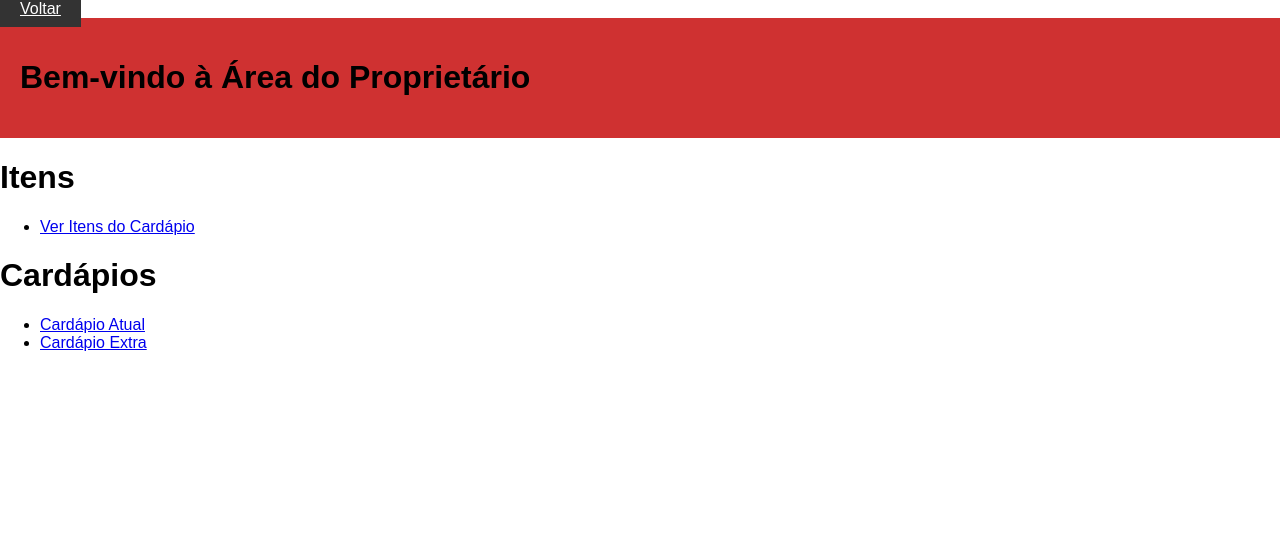
Repository: eupordias/frontarnia
Page: AULA 06/RESTAURANTE/proprietario.html
These files come from the project's save history. The page is drawn as it stood at one moment and after the next save; the edit follows.
The browser window is 1280 px wide. The pictures show the whole page.

Above is the page before, as saved 2023-08-09 23:13:08.

After the next save:
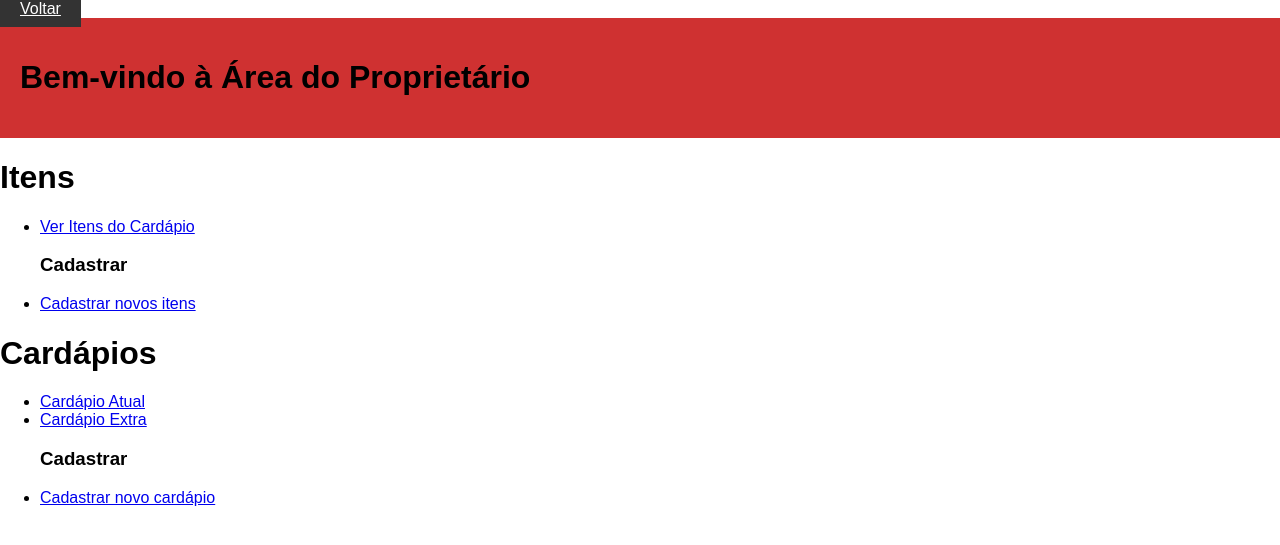
Saved 3 min 6 s later.
--- a/AULA 06/RESTAURANTE/proprietario.html
+++ b/AULA 06/RESTAURANTE/proprietario.html
@@ -15,12 +15,16 @@
     <h1>Itens</h1>
     <ul>
       <li><a href="itens.html">Ver Itens do Cardápio</a></li>
+      <h3>Cadastrar</h3>
+      <li><a href="cadastraritens.html">Cadastrar novos  itens</a></li>
     </ul>
 
     <h1>Cardápios</h1>
     <ul>
       <li><a href="cardapio-atual.html">Cardápio Atual</a></li>
       <li><a href="cardapio-extra.html">Cardápio Extra</a></li>
+      <h3>Cadastrar</h3>
+      <li><a href="cadastrarcardapio.html">Cadastrar novo cardápio</a></li>
     </ul>
 
   </body>
